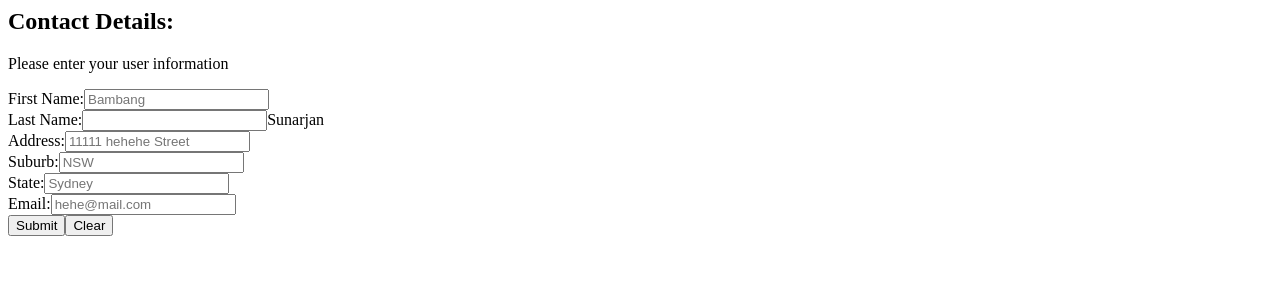
Repository: Agapitus1/Assignment-1---Self-Service-Shopping-System
Page: http://localhost/checkout.php
The author's editor kept a record of every edit. The page is drawn from the files as they stood at one moment, then again after the next edit.
The browser window is 1280 px wide. The pictures show the whole page.
The page is run by PHP 8.4 with error messages shown; the project is at /var/www/html/.

Above is the page before.

### ass1/Full Site/checkout.php

<html>
    <head>
        <meta charset="utf-8">
        <meta http-equiv="X-UA-Compatible" content="IE=edge">

    </head>
    <body>

        <main>
            <?php
                echo"<div class ='checkout' id='validate' >";
                    echo "<form method='POST' name='checkout' action='checkout_submission.php'>";
                        echo "<h2>Contact Details:</h2>";
                        echo "<p>Please enter your user information</p>";
                        echo "<label for='fname'>First Name:</label>";
                            echo "<input type='text' id='fname' name='fname' required placeholder='Bambang'></input><br>";
                        echo "<label for='lname'>Last Name:</label>";
                            echo "<input type='text' id='lname' name='lname'>Sunarjan</input><br>";
                        echo "<label for='address'>Address:</label>";
                            echo "<input type='text' id='address' name='address' required placeholder='11111 hehehe Street' ></input><br>";
                        echo "<label for='suburb' id='suburb'>Suburb:</label>";
                            echo "<input type='text' id='suburb' name='suburb' required placeholder='NSW'></input><br>";
                        echo "<label for='state' id='state'>State:</label>";
                            echo "<input type='text' id='state' name='state' required placeholder='Sydney'></input><br>";
                        echo "<label for='email' id='validateEmail'>Email:</label>";
                            echo "<input type='email' id='email' name='email' required placeholder='hehe@mail.com'></input><br>";
                        echo "<button type='submit' value='Sent!' target='checkout_submission'>Submit</button>";
                        echo "<button type='reset' name='clear'>Clear</button>";
                    echo "</form>";
                ?>
            </div>
        </main>
        <script src="valid.js"></script>
    </body>
</html>

### ass1/Full Site/valid.js
function validate()
{
    //get the values of username textbox
    if (document.getElementById("fname").value == "")
    {
        alert("Please enter your first name");
        return false;
    }
    if (document.getElementById("lname").value == "")
    {
        alert("Please enter your last name");
        return false;
    }
    if (document.getElementById("address").value == "")
    {
        alert("Please enter your address");
        return false;
    }
    if (document.getElementById("suburb").value == "")
    {
        alert("Please enter your suburb");
        return false;
    }
    if (document.getElementById("state").value == "")
    {
        alert("Please enter your state");
        return false;
    }
    if (document.getElementById("country").value == "")
    {
        alert("Please enter your country");
        return false;
    }
    if (document.getElementById("email").value == "")
    {
        alert("Please enter your email");
        return false;
    }
    if (document.getElementById("email").value.match(emailregex))
    {
        return true;
    }
    alert("Please enter proper email address");
    return false;
}

function validateEmail(email) {
    const emailregex = "^[a-zA-Z0-9_.+-]+@[a-zA-Z0-9-]+\.[a-zA-Z0-9-.]+$";
    return emailregex.test(String(email).toLowerCase());
}

After the next edit:
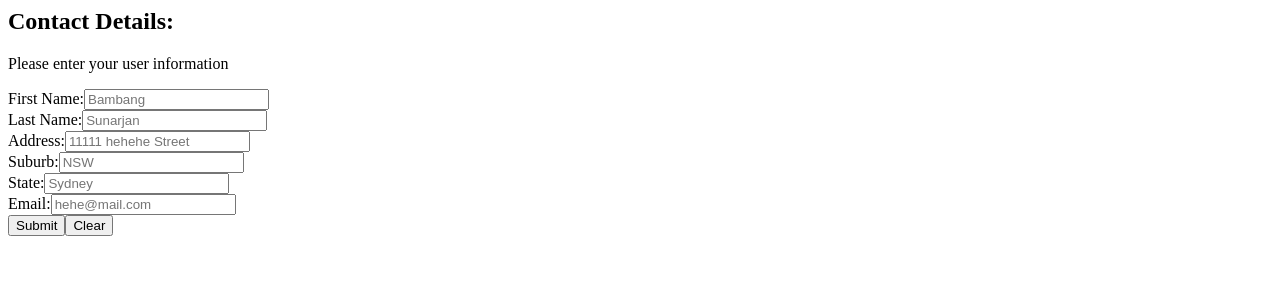
The edit:
--- a/ass1/Full Site/checkout.php
+++ b/ass1/Full Site/checkout.php
@@ -16,7 +16,7 @@
                         echo "<label for='fname'>First Name:</label>";
                             echo "<input type='text' id='fname' name='fname' required placeholder='Bambang'></input><br>";
                         echo "<label for='lname'>Last Name:</label>";
-                            echo "<input type='text' id='lname' name='lname'>Sunarjan</input><br>";
+                            echo "<input type='text' id='lname' name='lname' placeholder='Sunarjan'></input><br>";
                         echo "<label for='address'>Address:</label>";
                             echo "<input type='text' id='address' name='address' required placeholder='11111 hehehe Street' ></input><br>";
                         echo "<label for='suburb' id='suburb'>Suburb:</label>";
